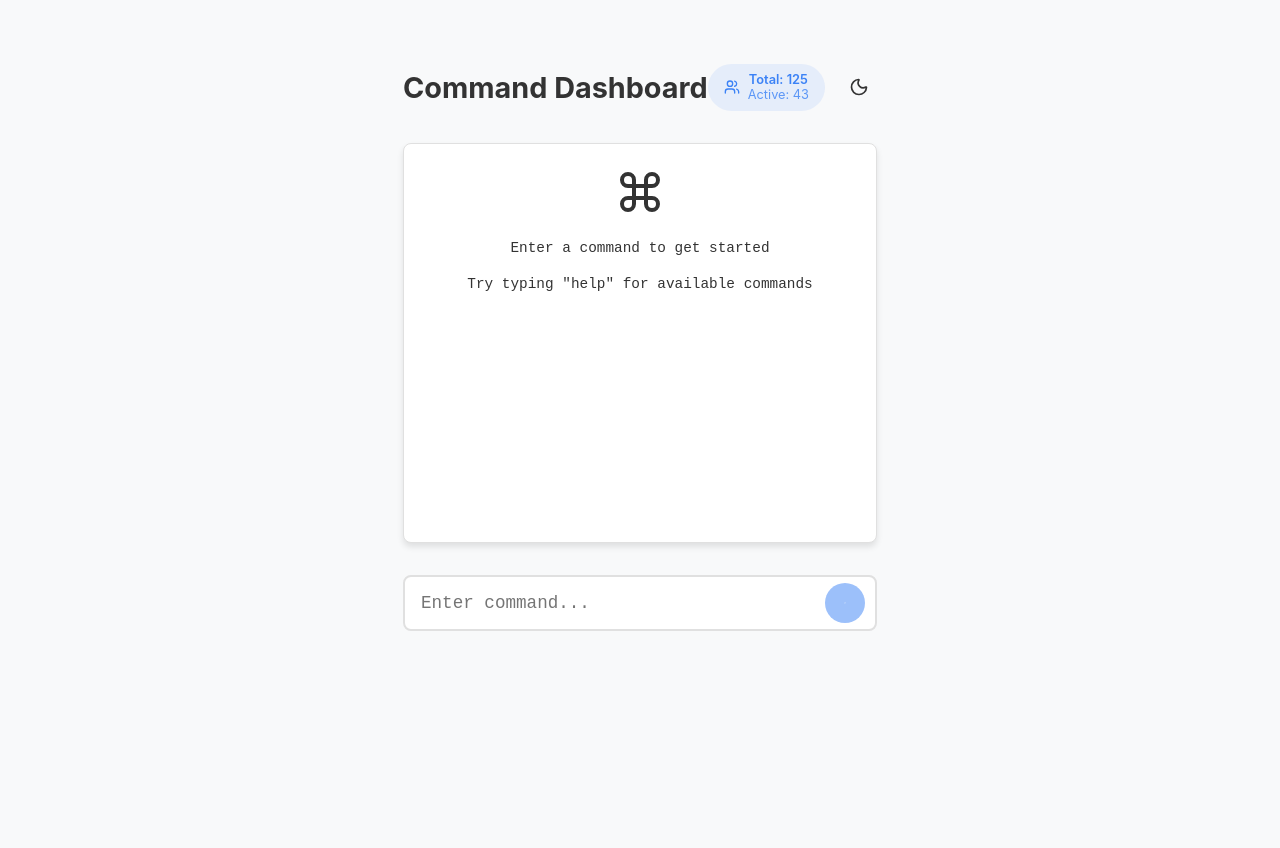
Repository: nipuntaneja05/Discord-role-bot
Page: / (app in frontend/)
These files come from the project's save history. The page is drawn as it stood at one moment and after the next save; the edit follows.
The browser window is 1280 px wide. The pictures show the whole page.
The project was rebuilt for these pictures with package versions that can differ from the ones it lists, and the page was loaded fresh each time. Also part of the build but not shown: frontend/vite.config.js, frontend/src/App.jsx.

Above is the page before, as saved 2025-03-11 20:07:09.

After the next save:
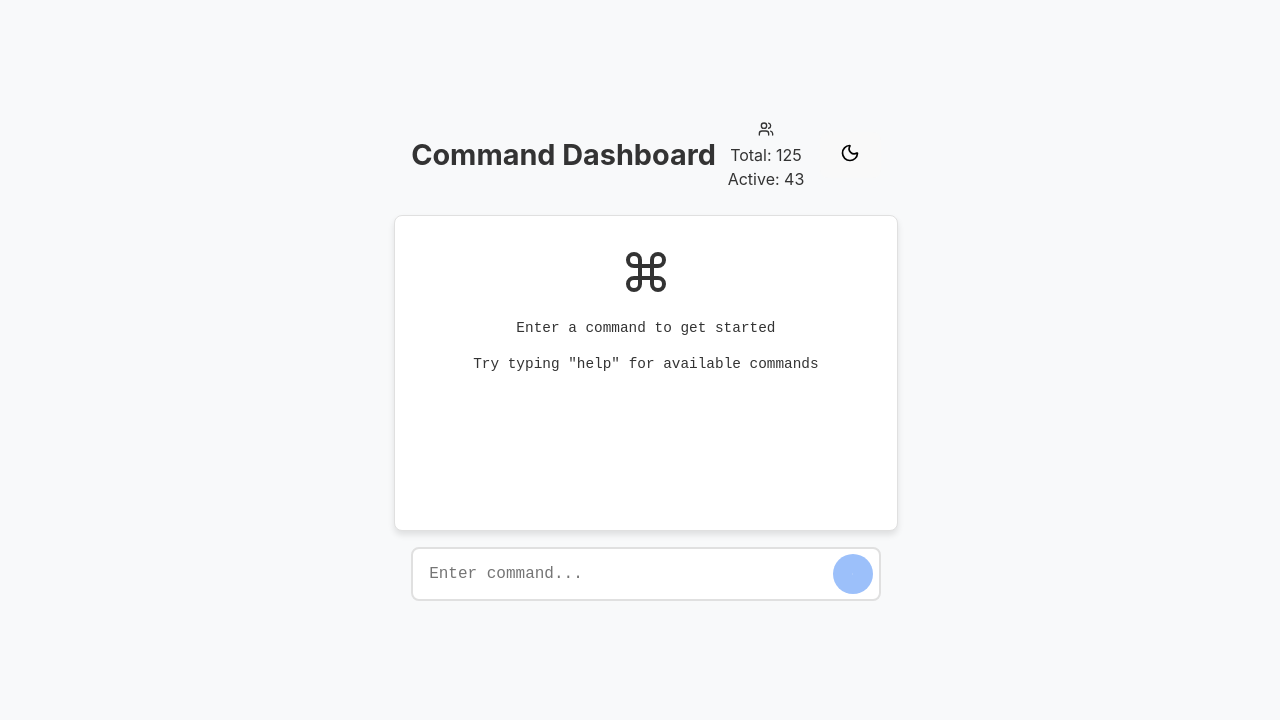
Saved 4 min 25 s later.
--- a/frontend/src/components/Dashboard.css
+++ b/frontend/src/components/Dashboard.css
@@ -35,14 +35,22 @@
     background-color: var(--bg-color);
     color: var(--text-color);
     transition: background-color var(--transition-speed), color var(--transition-speed);
+    display: flex;
+    justify-content: center;
+    align-items: center;
+    height: 100vh;
   }
 
   /* Dashboard container */
   .dashboard-container {
-    max-width: 1000px;
-    margin: 0 auto;
+    width: 90%;
+    max-width: 800px;
     padding: 2rem;
-    min-height: 100vh;
+    min-height: 80vh;
+    display: flex;
+    flex-direction: column;
+    justify-content: center;
+    align-items: center;
   }
 
   /* Header styles */
@@ -50,7 +58,8 @@
     display: flex;
     justify-content: space-between;
     align-items: center;
-    margin-bottom: 2rem;
+    width: 100%;
+    margin-bottom: 1.5rem;
   }
 
   .dashboard-header h1 {
@@ -64,82 +73,43 @@
     gap: 1rem;
   }
 
-  .user-counter {
-    display: flex;
-    align-items: center;
-    gap: 0.5rem;
-    background-color: rgba(59, 130, 246, 0.1);
-    color: var(--primary-color);
-    padding: 0.5rem 1rem;
-    border-radius: 2rem;
-    animation: pulse 2s infinite;
-  }
-
-  .user-numbers {
-    display: flex;
-    flex-direction: column;
-    font-size: 0.8rem;
-    line-height: 1.2;
-  }
-
-  .total-users {
-    font-weight: 600;
-  }
-
-  .active-users {
-    opacity: 0.8;
-  }
-
-  .theme-toggle {
-    background: none;
-    border: none;
-    color: var(--text-color);
-    cursor: pointer;
-    padding: 0.5rem;
-    border-radius: 50%;
-    display: flex;
-    align-items: center;
-    justify-content: center;
-    transition: background-color var(--transition-speed);
-  }
-
-  .theme-toggle:hover {
-    background-color: var(--accent-color);
-  }
-
   /* Output card styles */
   .output-card {
     background-color: var(--card-bg);
     border: 1px solid var(--border-color);
     border-radius: 0.5rem;
     box-shadow: 0 4px 6px var(--shadow-color);
-    margin-bottom: 2rem;
-    overflow: hidden;
-    transition: background-color var(--transition-speed), border-color var(--transition-speed);
+    width: 100%;
+    max-width: 600px;
+    padding: 1rem;
+    margin-bottom: 1rem;
   }
 
   .output-display {
-    height: 350px;
+    height: 250px;
     overflow-y: auto;
-    padding: 1.5rem;
+    padding: 1rem;
     font-family: "Courier New", Courier, monospace;
     font-size: 0.9rem;
+    text-align: center;
   }
 
   /* Command form styles */
   .command-form {
-    position: relative;
+    width: 100%;
+    max-width: 600px;
   }
 
   .input-container {
     position: relative;
     display: flex;
+    align-items: center;
   }
 
   .command-input {
     width: 100%;
-    padding: 1rem 3.5rem 1rem 1rem;
-    font-size: 1.1rem;
+    padding: 1rem;
+    font-size: 1rem;
     border: 2px solid var(--border-color);
     border-radius: 0.5rem;
     background-color: var(--input-bg);
@@ -156,7 +126,7 @@
 
   .submit-button {
     position: absolute;
-    right: 0.75rem;
+    right: 0.5rem;
     top: 50%;
     transform: translateY(-50%);
     background-color: var(--primary-color);

After the save that followed:
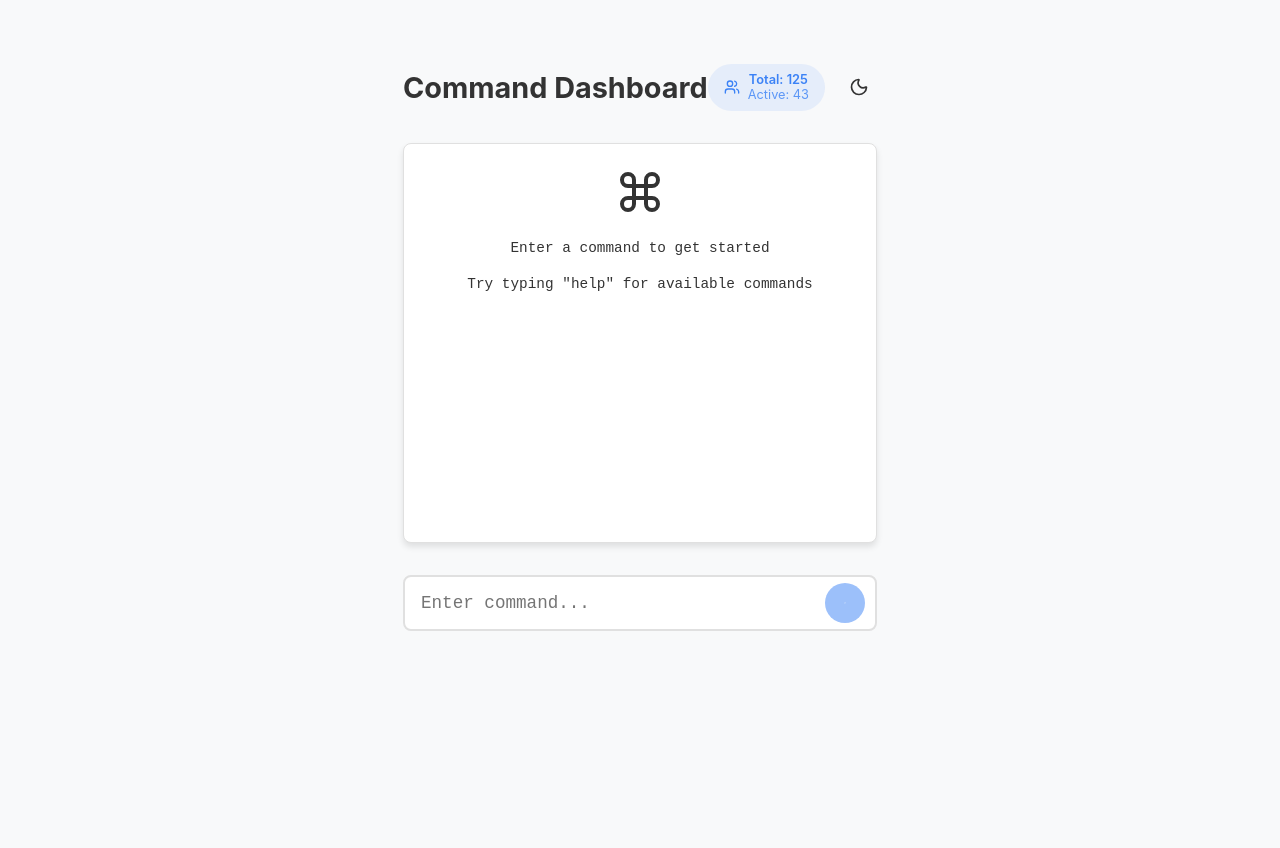
Saved 12 s later.
--- a/frontend/src/components/Dashboard.css
+++ b/frontend/src/components/Dashboard.css
@@ -35,22 +35,14 @@
     background-color: var(--bg-color);
     color: var(--text-color);
     transition: background-color var(--transition-speed), color var(--transition-speed);
-    display: flex;
-    justify-content: center;
-    align-items: center;
-    height: 100vh;
   }
 
   /* Dashboard container */
   .dashboard-container {
-    width: 90%;
-    max-width: 800px;
+    max-width: 1000px;
+    margin: 0 auto;
     padding: 2rem;
-    min-height: 80vh;
-    display: flex;
-    flex-direction: column;
-    justify-content: center;
-    align-items: center;
+    min-height: 100vh;
   }
 
   /* Header styles */
@@ -58,8 +50,7 @@
     display: flex;
     justify-content: space-between;
     align-items: center;
-    width: 100%;
-    margin-bottom: 1.5rem;
+    margin-bottom: 2rem;
   }
 
   .dashboard-header h1 {
@@ -73,43 +64,82 @@
     gap: 1rem;
   }
 
+  .user-counter {
+    display: flex;
+    align-items: center;
+    gap: 0.5rem;
+    background-color: rgba(59, 130, 246, 0.1);
+    color: var(--primary-color);
+    padding: 0.5rem 1rem;
+    border-radius: 2rem;
+    animation: pulse 2s infinite;
+  }
+
+  .user-numbers {
+    display: flex;
+    flex-direction: column;
+    font-size: 0.8rem;
+    line-height: 1.2;
+  }
+
+  .total-users {
+    font-weight: 600;
+  }
+
+  .active-users {
+    opacity: 0.8;
+  }
+
+  .theme-toggle {
+    background: none;
+    border: none;
+    color: var(--text-color);
+    cursor: pointer;
+    padding: 0.5rem;
+    border-radius: 50%;
+    display: flex;
+    align-items: center;
+    justify-content: center;
+    transition: background-color var(--transition-speed);
+  }
+
+  .theme-toggle:hover {
+    background-color: var(--accent-color);
+  }
+
   /* Output card styles */
   .output-card {
     background-color: var(--card-bg);
     border: 1px solid var(--border-color);
     border-radius: 0.5rem;
     box-shadow: 0 4px 6px var(--shadow-color);
-    width: 100%;
-    max-width: 600px;
-    padding: 1rem;
-    margin-bottom: 1rem;
+    margin-bottom: 2rem;
+    overflow: hidden;
+    transition: background-color var(--transition-speed), border-color var(--transition-speed);
   }
 
   .output-display {
-    height: 250px;
+    height: 350px;
     overflow-y: auto;
-    padding: 1rem;
+    padding: 1.5rem;
     font-family: "Courier New", Courier, monospace;
     font-size: 0.9rem;
-    text-align: center;
   }
 
   /* Command form styles */
   .command-form {
-    width: 100%;
-    max-width: 600px;
+    position: relative;
   }
 
   .input-container {
     position: relative;
     display: flex;
-    align-items: center;
   }
 
   .command-input {
     width: 100%;
-    padding: 1rem;
-    font-size: 1rem;
+    padding: 1rem 3.5rem 1rem 1rem;
+    font-size: 1.1rem;
     border: 2px solid var(--border-color);
     border-radius: 0.5rem;
     background-color: var(--input-bg);
@@ -126,7 +156,7 @@
 
   .submit-button {
     position: absolute;
-    right: 0.5rem;
+    right: 0.75rem;
     top: 50%;
     transform: translateY(-50%);
     background-color: var(--primary-color);
